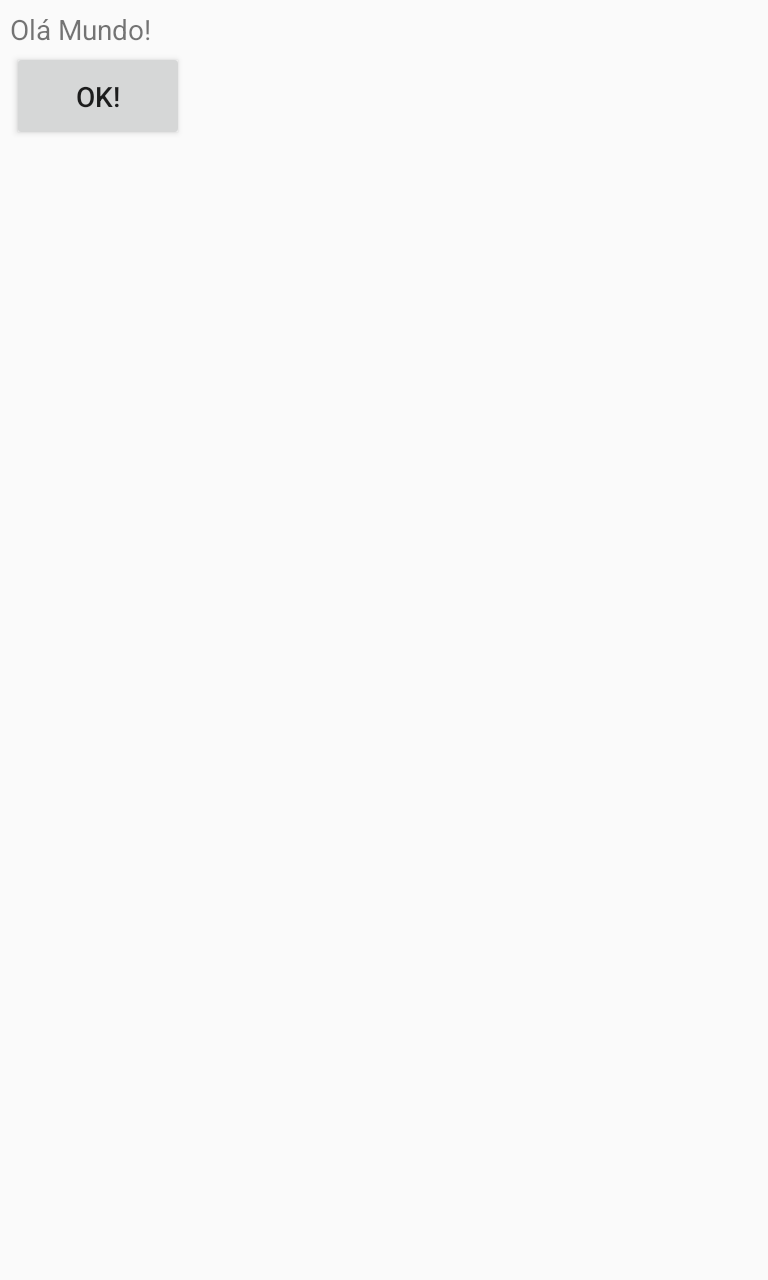
Repository: KaioWeb1/app-minhaCidade
Layout: OlaMundo/res/layout/principal.xml
The author's editor kept a copy of each file at every save. The layout is drawn from the files as they stood at one save, then again after the next save.
It is drawn on a 768 x 1280 px phone screen (xhdpi) without system bars, with theme AppTheme; the app's code is not run.

Above is the layout before, as saved 2014-09-05 14:50:31.

### OlaMundo/res/layout/principal.xml
<LinearLayout xmlns:android="http://schemas.android.com/apk/res/android"
    xmlns:tools="http://schemas.android.com/tools"
    android:layout_width="match_parent"
    android:layout_height="match_parent"
    android:padding="5dp"
    android:orientation="vertical"
    >

    <TextView
        android:layout_width="wrap_content"
        android:layout_height="wrap_content"
        android:text="@string/hello_world" />

    <Button
        android:layout_width="wrap_content"
        android:layout_height="wrap_content"
        android:text="OK!"
        />

</LinearLayout>

### OlaMundo/res/values/strings.xml
<?xml version="1.0" encoding="utf-8"?>
<resources>

    <string name="app_name">MinhaCidade</string>
    <string name="hello_world">Olá Mundo!</string>
    <string name="action_settings">Configurações</string>

</resources>

Loaded but not shown: OlaMundo/res/values/styles.xml (common file); OlaMundo/res/values-v11/styles.xml (common file); OlaMundo/res/values-v14/styles.xml (common file)

After the next save:
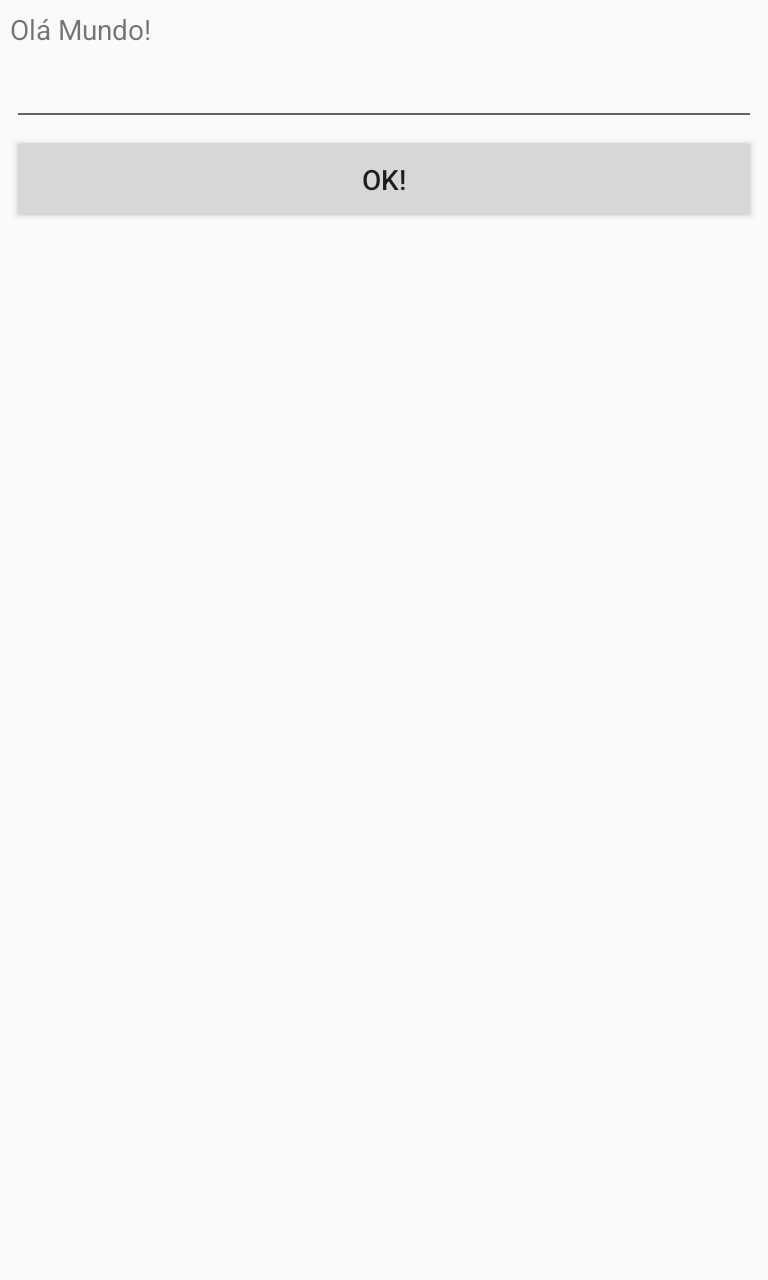
Saved 30 s later.
--- a/OlaMundo/res/layout/principal.xml
+++ b/OlaMundo/res/layout/principal.xml
@@ -11,8 +11,12 @@
         android:layout_height="wrap_content"
         android:text="@string/hello_world" />
 
+    <EditText
+        android:layout_width="match_parent"
+        android:layout_height="wrap_content"/>
+
     <Button
-        android:layout_width="wrap_content"
+        android:layout_width="match_parent"
         android:layout_height="wrap_content"
         android:text="OK!"
         />
